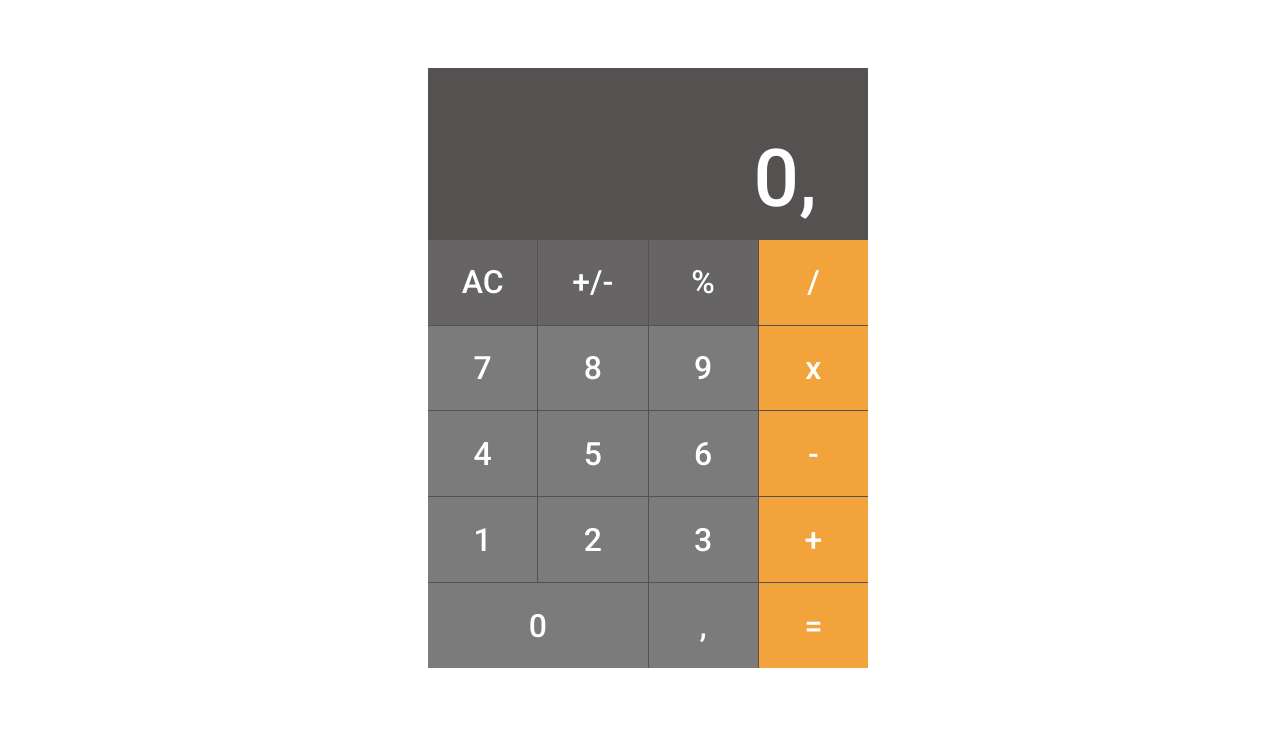
Repository: maciekto/calculatorOOP
Page: index.html
An editor plug-in stored every save of this project. The page is shown before and after the next save, followed by the edit.
The browser window is 1280 px wide. The page is 1288 px wide, so the pictures cover 1288 px, including what lies to the right of the window. The pictures show the whole page.
After loading, the first visible `div.Calc__comma` was clicked once.

Above is the page before, as saved 2022-07-09 18:19:14.

### index.html
<!DOCTYPE html>
<html lang="en">
<head>
    <meta charset="UTF-8">
    <meta http-equiv="X-UA-Compatible" content="IE=edge">
    <meta name="viewport" content="width=device-width, initial-scale=1.0">
    <title>Document</title>
    <link rel="stylesheet" href="css.css">


</head>
<body>
    <main>
        <div class="Calc">
            <div class="Calc__result">
                <div class="Calc__result__inner">0</div>
            </div>

            <div class="Calc__reset">AC</div>
            <div class="Calc__opposite">
                +/-
            </div>
            <div class="Calc__percentages">
                %
            </div>
            <div class="Calc__divide">/</div>

            <div class="Calc__7">7</div>
            <div class="Calc__8">8</div>
            <div class="Calc__9">9</div>
            <div class="Calc__multiply">x</div>

            <div class="Calc__4">4</div>
            <div class="Calc__5">5</div>
            <div class="Calc__6">6</div>
            <div class="Calc__substraction">-</div>
            <div class="Calc__1">1</div>
            <div class="Calc__2">2</div>
            <div class="Calc__3">3</div>
            <div class="Calc__addition">+</div>

            <div class="Calc__0">0</div>
            <div class="Calc__comma">,</div>
            <div class="Calc__isequal">=</div>

        </div>
    </main>

    <script src="js.js"></script>
</body>
</html>

### css.css
@import url('https://fonts.googleapis.com/css2?family=Roboto:wght@400;500;700&display=swap');

* {
    font-family: 'Roboto', sans-serif;
    font-weight: 500;
    box-sizing: border-box;
}

main {
    width: 100vw;
    height: 100vh;
    display: grid;
    place-items: center;
}

.Calc {
    max-width: 440px;
    width: 55vw;
    height: 80vw;
    max-height: 600px;
    background: #545150;
    color: white;
    display: grid;
    grid-template-columns: repeat(4, 1fr);
    grid-template-rows: repeat(7, 1fr);
    grid-template-areas:
    "result result result result"
    "result result result result"
    "reset opposite percentages divide"
    "seven eight nine multiply"
    "four five six substraction"
    "one two three addition"
    "zero zero comma isequal"
    ;
    grid-gap: 1px;
    font-size: 4vw;
}
.Calc div {
    display: grid;
    place-items: center;
    background: #7b7b7c;
    cursor: pointer;
}
.Calc__result {
    grid-area: result;
    background: #545150 !important;
    font-size: 10vw;
    display: flex;
    overflow-x: scroll;
}
.Calc__result__inner {
    padding: 1vw 4vw;
    width: 100%;
    height: 100%;
    place-items: end end !important;


    background: #545150 !important;

}
.Calc__reset {
    background: #666464 !important;
}
.Calc__opposite {
    background: #666464 !important;
}
.Calc__percentages {
    background: #666464 !important;
}
.Calc__divide {
    background: #f2a33c !important;
}
.Calc__multiply {
    background: #f2a33c !important;
}
.Calc__substraction {
    background: #f2a33c !important;
}
.Calc__addition {
    background: #f2a33c !important;
}
.Calc__isequal {
    background: #f2a33c !important;
}


.Calc__0 {
    grid-area: zero;
}

@media (min-width: 800px) {
    .Calc {
        font-size: 32px;
    }
    .Calc__result {
        font-size: 80px;
    }
}

### js.js

// Zaznaczanie klasy
function Class(nazwa) {
    return document.querySelector(`.${nazwa}`);
}


// EVENTS
const result = Class('Calc__result');
const result_inner = Class('Calc__result__inner');
const l0 = Class('Calc__0');
const l1 = Class('Calc__1');
const l2 = Class('Calc__2');
const l3 = Class('Calc__3');
const l4 = Class('Calc__4');
const l5 = Class('Calc__5');
const l6 = Class('Calc__6');
const l7 = Class('Calc__7');
const l8 = Class('Calc__8');
const l9 = Class('Calc__9');
const lcomma = Class('Calc__comma');

const isEqual = Class('Calc__isequal');
const x = Class('Calc__multiply');
const plus = Class('Calc__addition');
const minus = Class('Calc__substraction');
const divide = Class('Calc__divide');

const AC = Class('Calc__reset');



var cashed_number;
var operator = '';
var expression = [];
var isNumberNew = true;


var signEvents = [lcomma, x,plus, minus, divide, isEqual, AC];
var numberEvents = [l0, l1, l2, l3, l4, l5, l6, l7, l8, l9]
signEvents.forEach(element => {
    element.addEventListener('click', () => numberClicked(element.innerHTML));
});
numberEvents.forEach(element => {
    element.addEventListener('click', () => numberClicked(element.innerHTML));
});

function signClicked() {
    switch(sign) {

    }
}
// Function applied after click
function numberClicked(sign) {
    console.log(sign)
    switch(sign) {

        // MULTIPLY
        case 'x':
            casheNumber('*');
        break;

        //ADD
        case '+':
            casheNumber('+');
        break;

        //SUBSTRACT
        case '-':
            casheNumber('-');
        break;

        //DIVIDE
        case '/':
            casheNumber('/');
        break;

        // RESULT
        case '=':
            result_inner.innerHTML = count(result_inner.innerHTML);
            resizeResult();
        break;

        case 'AC':
            result_inner.innerHTML = '0';
            isNumberNew = true;
        break;

        // COMMA
        case ',':

            // Read how much commas is in result
            if(commaLimitCheck(result_inner.innerHTML) === true) {
                writeClickedNumber(sign)
            }

        break;

        case '0':
        case '1':
        case '2':
        case '3':
        case '4':
        case '5':
        case '6':
        case '7':
        case '8':
        case '9':
            if(isNumberNew == true) {
                result_inner.innerHTML = sign;
                isNumberNew = false;

            } else {
                // Check if there is comma
                writeClickedNumber(sign);

            }
        break;
    }
}



function count(result) {
    let newNumber;
    newNumber = parseFloat(commaAndDotSwitcher('toDOT', result));
    let endResult;

    switch(operator) {
        case '*':
            endResult = cashed_number*newNumber
            return commaAndDotSwitcher('toCOMMA',endResult.toString());
        break;
        case '+':
            endResult = cashed_number+newNumber
            return commaAndDotSwitcher('toCOMMA',endResult.toString());
        break;
        case '-':
            endResult = cashed_number-newNumber
            return commaAndDotSwitcher('toCOMMA',endResult.toString());
        break;
        case '/':
            endResult = cashed_number/newNumber
            return commaAndDotSwitcher('toCOMMA',endResult.toString());
        break;
    }
}

function casheNumber(selectedOperator) {
    cashed_number = parseFloat(commaAndDotSwitcher('toDOT', result_inner.innerHTML));
    isNumberNew = true;
    operator = selectedOperator;
}

// Read how much commas is in the string
// amount: INTEGER - how many commas can be in existing string
// RETURNS true if there is less or equal commas to amount parameter
commaLimitCheck = (string, amount = 1 ) => {
    let Check = string.split('');
    let commaCount = 0;

    // Count comma's
    Check.forEach(element => {
        if(element === ',') {
            commaCount+=1;
        }
    });

    if(commaCount < amount) {
        return true;
    } else {
        return false;
    }
}


// Switch comma to dot or dot to comma
// operation: toDOT or toCOMMA
// RETURNS string with switched commas or dots
commaAndDotSwitcher = (operation, string) => {
    console.log(string)
    let Check = string.split('');
    let stringFromArray = '';

    if(operation === 'toDOT') {
            Check.forEach((element, index) => {
                if(element === ',') {
                    Check[index] = '.';
                    stringFromArray += Check[index];
                } else {
                    stringFromArray += Check[index];
                }

            });
            // Convert to string and return
            return stringFromArray;
    } else if (operation === 'toCOMMA') {
        Check.forEach((element, index) => {
            if(element === '.') {
                Check[index] = ',';
                stringFromArray += Check[index];
            } else {
                stringFromArray += Check[index];
            }

        });
        // Convert to string and return
        return stringFromArray;
    }
}

// Write clicked number to the result inner div
function writeClickedNumber(number) {
    const OLDresult = result_inner.innerHTML;
    result_inner.innerHTML = OLDresult + number;
    resizeResult()
}

// Resize inner result div dependent of how much text is inside
function resizeResult() {
    if(result_inner.clientWidth > result.clientWidth) {

        while(result_inner.clientWidth>result.clientWidth) {
            var style = window.getComputedStyle(result, null).getPropertyValue('font-size');
            var fontSizee = parseFloat(style);
            result.style.fontSize = (fontSizee - 1) +'px';
        }
    }
}




























































// inputy liczb
// inputy orange
// input procent
// input odwrotność
// input reset

// 1. po klinięciu liczba jest zapisywana jako aktywna, jeżeli jest dodana następna liczba jest dodawana do pierwszej w stringu

// 2. Po kliniuęciu jakiegoś przycisku z orange jest dodawana flaga co będzie z tą liczbą robione

// 3. Wprowadzenie następnej liczby

// 4. Wynik


// 5. Resetowanie liczby jako resetowanie zmiennej przechowującej wyrażenie

After the next save:
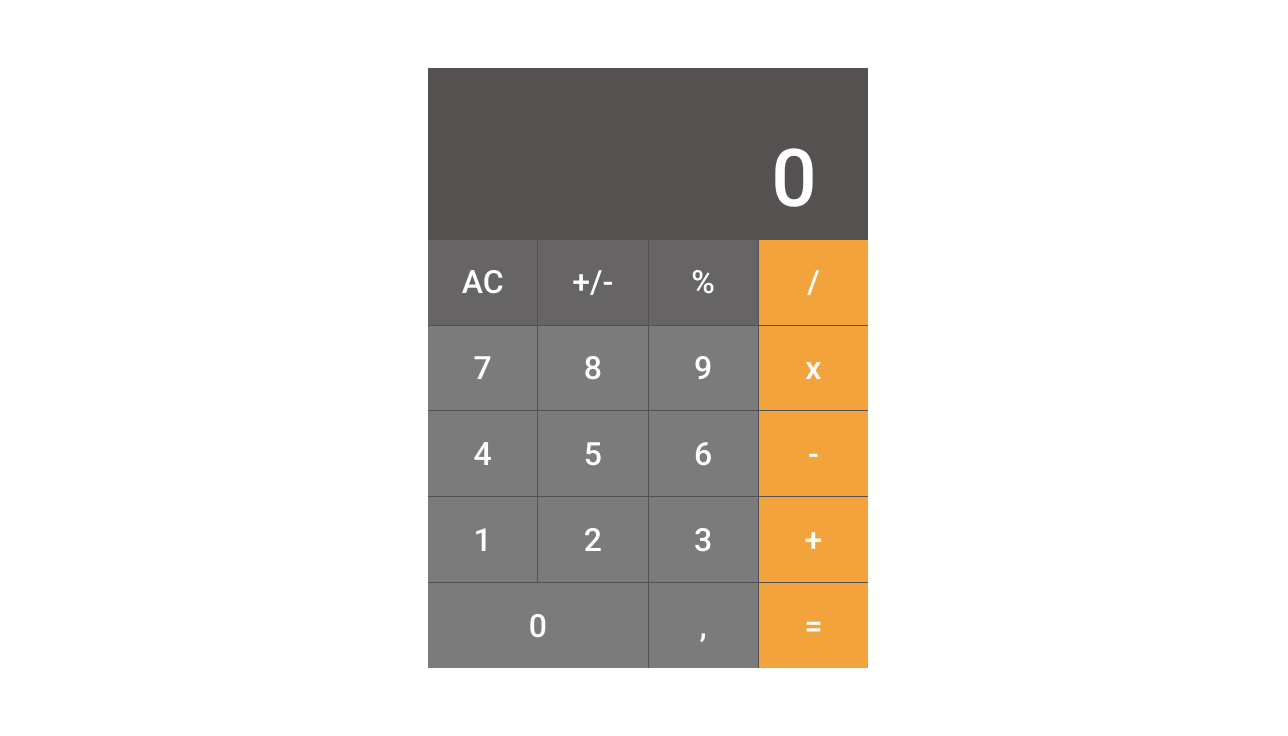
Console error: ReferenceError: sign is not defined
Saved 24 s later.
--- a/js.js
+++ b/js.js
@@ -39,7 +39,7 @@ var isNumberNew = true;
 var signEvents = [lcomma, x,plus, minus, divide, isEqual, AC];
 var numberEvents = [l0, l1, l2, l3, l4, l5, l6, l7, l8, l9]
 signEvents.forEach(element => {
-    element.addEventListener('click', () => numberClicked(element.innerHTML));
+    element.addEventListener('click', () => signClicked(element.innerHTML));
 });
 numberEvents.forEach(element => {
     element.addEventListener('click', () => numberClicked(element.innerHTML));
@@ -47,7 +47,46 @@ numberEvents.forEach(element => {
 
 function signClicked() {
     switch(sign) {
-
+        // MULTIPLY
+        case 'x':
+            casheNumber('*');
+        break;
+
+        //ADD
+        case '+':
+            casheNumber('+');
+        break;
+
+        //SUBSTRACT
+        case '-':
+            casheNumber('-');
+        break;
+
+        //DIVIDE
+        case '/':
+            casheNumber('/');
+        break;
+
+        // RESULT
+        case '=':
+            result_inner.innerHTML = count(result_inner.innerHTML);
+            resizeResult();
+        break;
+
+        case 'AC':
+            result_inner.innerHTML = '0';
+            isNumberNew = true;
+        break;
+
+        // COMMA
+        case ',':
+
+            // Read how much commas is in result
+            if(commaLimitCheck(result_inner.innerHTML) === true) {
+                writeClickedNumber(sign)
+            }
+
+        break;
     }
 }
 // Function applied after click
@@ -55,46 +94,7 @@ function numberClicked(sign) {
     console.log(sign)
     switch(sign) {
 
-        // MULTIPLY
-        case 'x':
-            casheNumber('*');
-        break;
-
-        //ADD
-        case '+':
-            casheNumber('+');
-        break;
-
-        //SUBSTRACT
-        case '-':
-            casheNumber('-');
-        break;
-
-        //DIVIDE
-        case '/':
-            casheNumber('/');
-        break;
-
-        // RESULT
-        case '=':
-            result_inner.innerHTML = count(result_inner.innerHTML);
-            resizeResult();
-        break;
-
-        case 'AC':
-            result_inner.innerHTML = '0';
-            isNumberNew = true;
-        break;
-
-        // COMMA
-        case ',':
-
-            // Read how much commas is in result
-            if(commaLimitCheck(result_inner.innerHTML) === true) {
-                writeClickedNumber(sign)
-            }
-
-        break;
+
 
         case '0':
         case '1':
